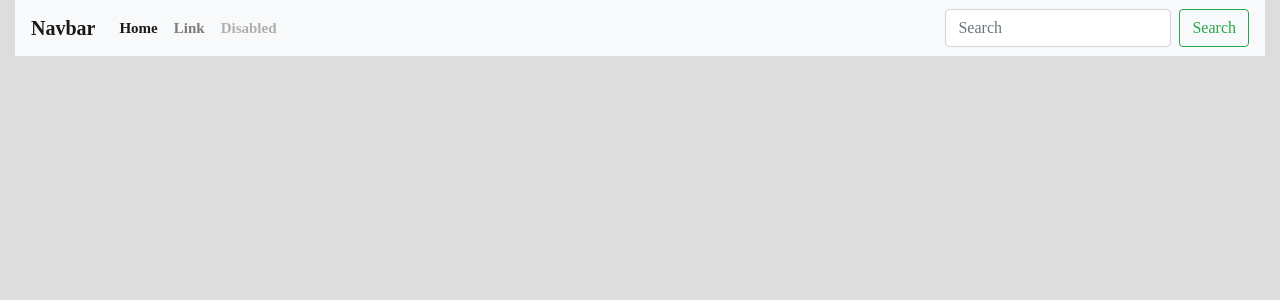
Repository: sqsssq/webpage
Page: index.html
These files come from the project's save history. The page is drawn as it stood at one moment and after the next save; the edit follows.
The browser window is 1280 px wide. The pictures show the whole page.

Above is the page before, as saved 2022-03-27 14:08:32.

After the next save:
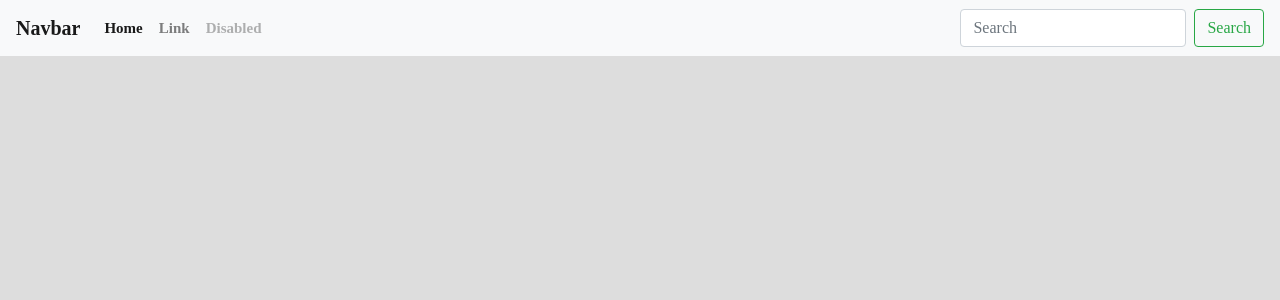
Saved 51 s later.
--- a/index.html
+++ b/index.html
@@ -25,7 +25,7 @@
 </head>
 
 <body>
-    <div class="container-fluid">
+    <div class="container-fluid" style="padding: 0;">
         <nav class="navbar navbar-expand-lg navbar-light bg-light" width="100%">
             <a class="navbar-brand" href="#">Navbar</a>
             <button class="navbar-toggler" type="button" data-toggle="collapse" data-target="#navbarTogglerDemo02"
